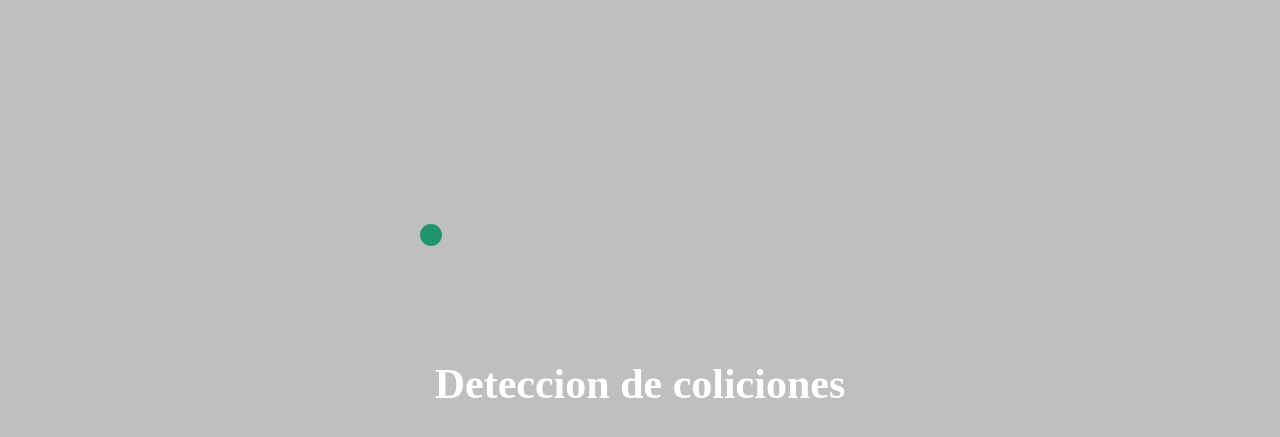
Repository: mvbri/Bouncing-Balls-Animation
Page: index.html
The author's editor kept a copy of each file at every save. The page is drawn from the files as they stood at one save, then again after the next save.
The browser window is 1280 px wide. The pictures show the whole page.

Above is the page before, as saved 2023-01-15 17:34:06.
Console error: ReferenceError: width is not defined

After the next save:
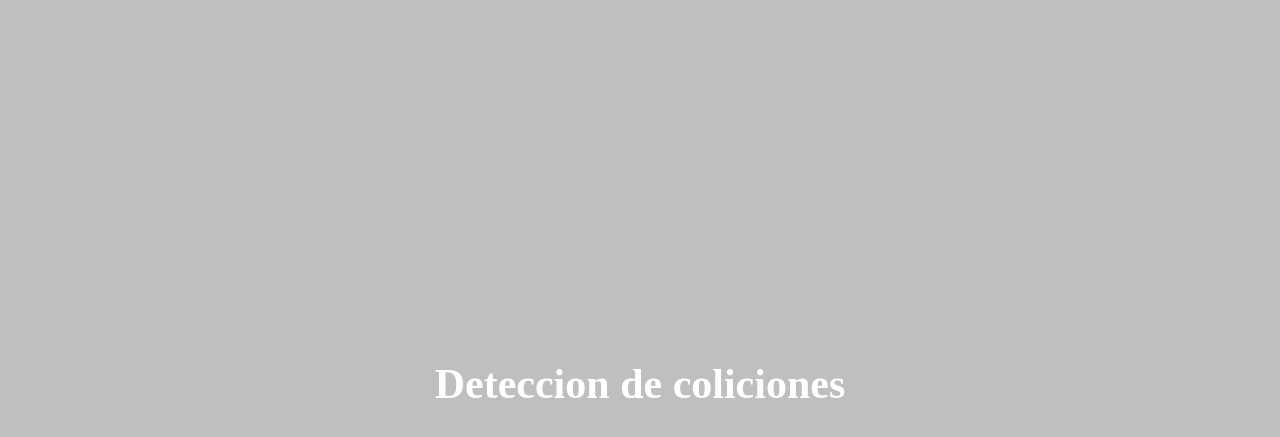
Console error: ReferenceError: balls is not defined
Saved 55 s later.
--- a/bouncingBalls.js
+++ b/bouncingBalls.js
@@ -64,7 +64,7 @@ class Ball {
 	}
 }
 
-const drawBalls = (amount, width, height) => {
+const drawBalls = (amount) => {
 	let balls = [];
 	while (balls.length < amount) {
 		const size = random(10, 20);
@@ -86,8 +86,6 @@ const loop = (width, height) => {
 	ctx.fillStyle = 'rgba(0, 0, 0, 0.25)';
 	ctx.fillRect(0, 0, width, height);
 
-	let balls = drawBalls(25, window.innerWidth, window.innerHeight);
-
 	for (const ball of balls) {
 		ball.draw();
 		ball.update();
